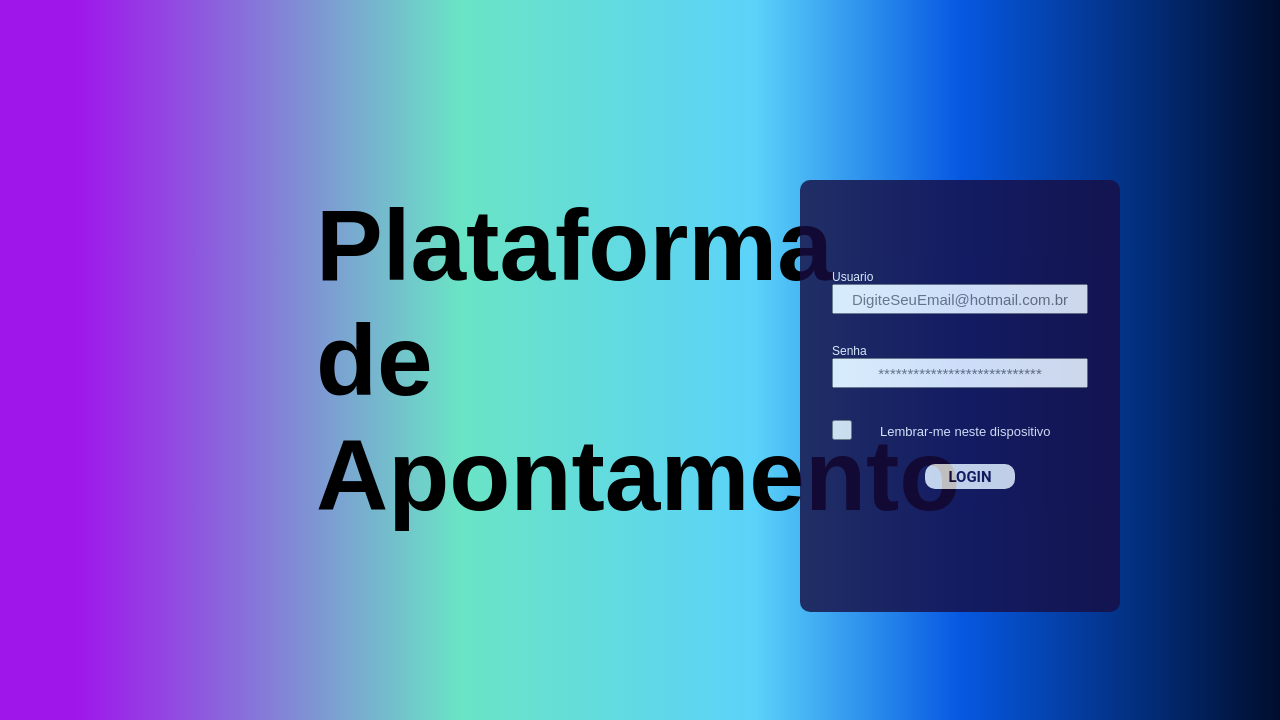
Repository: KevynMarques/Estudos-Reactjs-Firebase
Page: /
These files come from the project's save history. The page is drawn as it stood at one moment and after the next save; the edit follows.
The browser window is 1280 px wide. The pictures show the whole page.
The page's requests for data from a server got no answer. The project was rebuilt for these pictures with package versions that can differ from the ones it lists, and the page was loaded fresh each time. No one was signed in, and anything a server would have sent is missing. Also part of the build but not shown: src/Pages/Page2.jsx.

Above is the page before, as saved 2022-08-23 14:53:24.

After the next save:
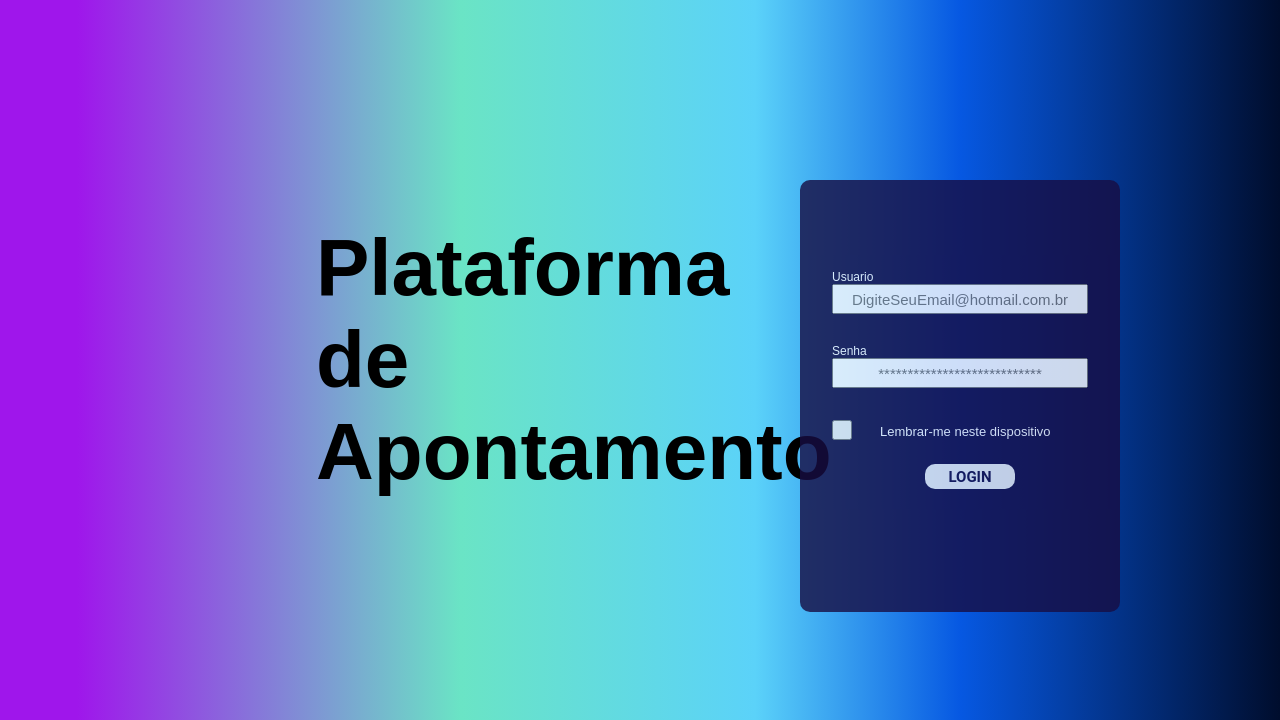
Saved 5 s later.
--- a/src/Components/Login/style.jsx
+++ b/src/Components/Login/style.jsx
@@ -15,7 +15,7 @@ position: absolute;
 margin-left: -35vw;
 font-family: Arial, Helvetica, sans-serif;
 max-width: 200px;
-font-size: 100px;
+font-size: 80px;
 
 `;
 
